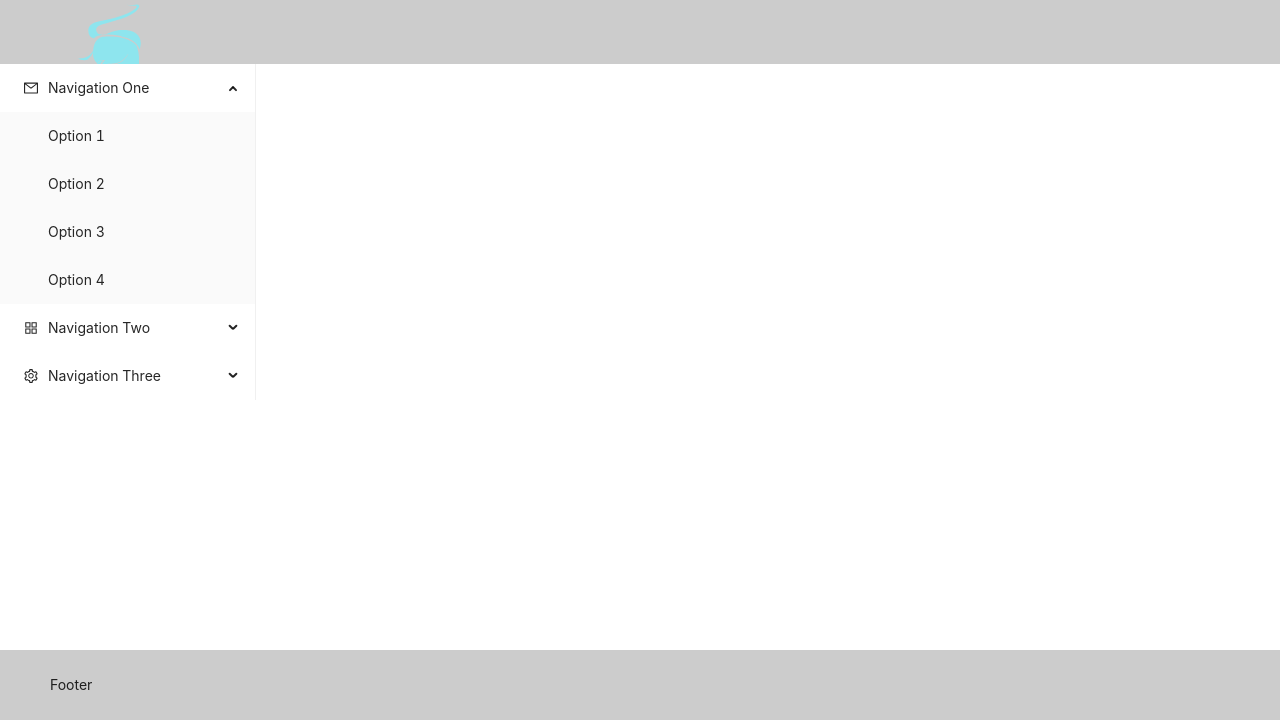
Repository: fangxueliang/react-redux-
Page: /
An editor plug-in stored every save of this project. The page is shown before and after the next save, followed by the edit.
The browser window is 1280 px wide. The pictures show the whole page.
The project was rebuilt for these pictures with package versions that can differ from the ones it lists, and the page was loaded fresh each time.

Above is the page before, as saved 2020-12-29 18:20:52.

### public/index.html
<!DOCTYPE html>
<html lang="en">
  <head>
    <meta charset="utf-8" />
    <meta name="theme-color" content="#000000" />
    <meta name="description" content="Web site created using create-react-app" />
    <title>React App</title>
  </head>
  <body>
    <div id="root"></div>
  </body>
</html>

### src/index.js
// 主入口文件
//主入口
import React from 'react';//引入react
import ReactDOM from 'react-dom';
import { Main } from './Pages';//引入Main文件

import 'antd/dist/antd.css'//antd样式
import './Common/CSS/layout.css'//布局样式

ReactDOM.render(
  <div style={{ width: '100%', height: '100%' }}>
    <Main />
  </div>,
  document.getElementById('root')
);

### src/Pages/index.js
import React, { useState } from 'react';
import { Layout } from 'antd'
import { MenuSider } from "./Menu/menu";
import { HeaderCommon } from "./Header/header";

const { Header, Footer, Content, Sider } = Layout
export const Main = () => {
    return (
        <Layout>
            <div className="Home_layout">
                {/* 头部header */}
                <Header> <HeaderCommon /> </Header>
                <Layout>
                    {/* 左侧导航Sider */}
                    <Sider>
                        <MenuSider />
                    </Sider>
                    {/* 主要内容Content */}
                    <Content> Content </Content>
                </Layout>
                {/* 底部footer */}
                <Footer> Footer </Footer>
            </div>
        </Layout>
    );
}

### src/Common/CSS/layout.css
/* 布局样式  */
.Home_layout .ant-layout-header {
    background: #ccc;
}

.Home_layout .ant-layout-footer {
    position: fixed;
    bottom: 0;
    width: 100%;
    background: #ccc;
}

.Home_layout .ant-layout-content {
    background: #fff;
}

.Home_layout .ant-layout-sider {
    background: #fff;
}

### src/Pages/Menu/menu.js
import { render } from '@testing-library/react';
import React, { useState, useEffect } from 'react';
import { Menu } from 'antd';
import { AppstoreOutlined, MailOutlined, SettingOutlined } from '@ant-design/icons';

const { SubMenu } = Menu;
const rootSubmenuKeys = ['sub1', 'sub2', 'sub4'];
export const MenuSider = () => {
    const [openKeys, setOpenKeys] = React.useState(['sub1']);
    const onOpenChange = keys => {
        const latestOpenKey = keys.find(key => openKeys.indexOf(key) === -1);
        if (rootSubmenuKeys.indexOf(latestOpenKey) === -1) {
            setOpenKeys(keys);
        } else {
            setOpenKeys(latestOpenKey ? [latestOpenKey] : []);
        }
    };
    return (
        <Menu mode="inline" openKeys={openKeys} onOpenChange={onOpenChange} style={{ width: 256 }}>
            <SubMenu key="sub1" icon={<MailOutlined />} title="Navigation One">
                <Menu.Item key="1">Option 1</Menu.Item>
                <Menu.Item key="2">Option 2</Menu.Item>
                <Menu.Item key="3">Option 3</Menu.Item>
                <Menu.Item key="4">Option 4</Menu.Item>
            </SubMenu>
            <SubMenu key="sub2" icon={<AppstoreOutlined />} title="Navigation Two">
                <Menu.Item key="5">Option 5</Menu.Item>
                <Menu.Item key="6">Option 6</Menu.Item>
                <SubMenu key="sub3" title="Submenu">
                    <Menu.Item key="7">Option 7</Menu.Item>
                    <Menu.Item key="8">Option 8</Menu.Item>
                </SubMenu>
            </SubMenu>
            <SubMenu key="sub4" icon={<SettingOutlined />} title="Navigation Three">
                <Menu.Item key="9">Option 9</Menu.Item>
                <Menu.Item key="10">Option 10</Menu.Item>
                <Menu.Item key="11">Option 11</Menu.Item>
                <Menu.Item key="12">Option 12</Menu.Item>
            </SubMenu>
        </Menu>
    )
}

### src/Pages/Header/header.js
import React, { useState } from 'react';
import logo from "../../Asset/img/logo.png";
import './header.css'

export const HeaderCommon = () => {
    return (
        <div className="header">
            <div className="header_item">
                <img src={logo} className="logo" />
            </div>
            <div className="header_item"></div>
            <div className="header_item"></div>
        </div>
    )
}

### src/Pages/Header/header.css
.header {
    display: flex;
    width: 100%;
    height: 100%;
    justify-content: space-between;
}

.header_item {
    display: inline-block;
}

After the next save:
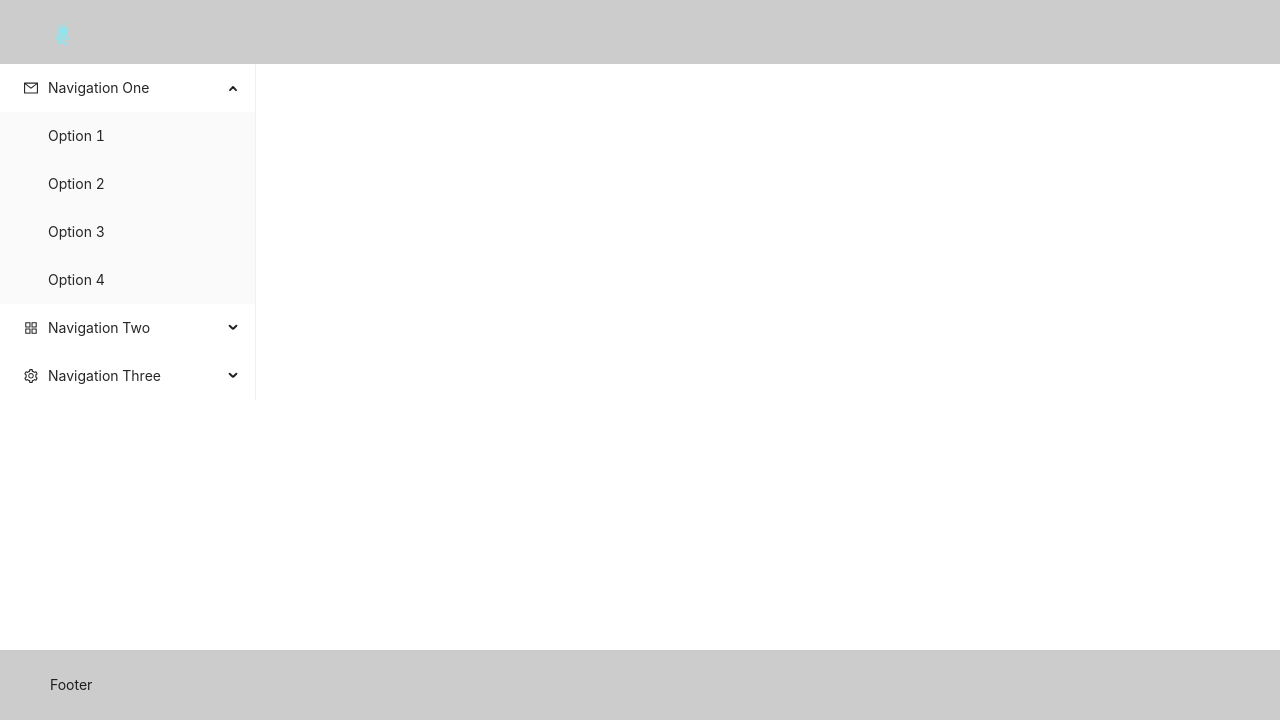
Saved 21 s later.
--- a/src/Pages/Header/header.css
+++ b/src/Pages/Header/header.css
@@ -8,3 +8,8 @@
 .header_item {
     display: inline-block;
 }
+
+.header_item .logo {
+    width: 25px;
+    height: 25px;
+}
